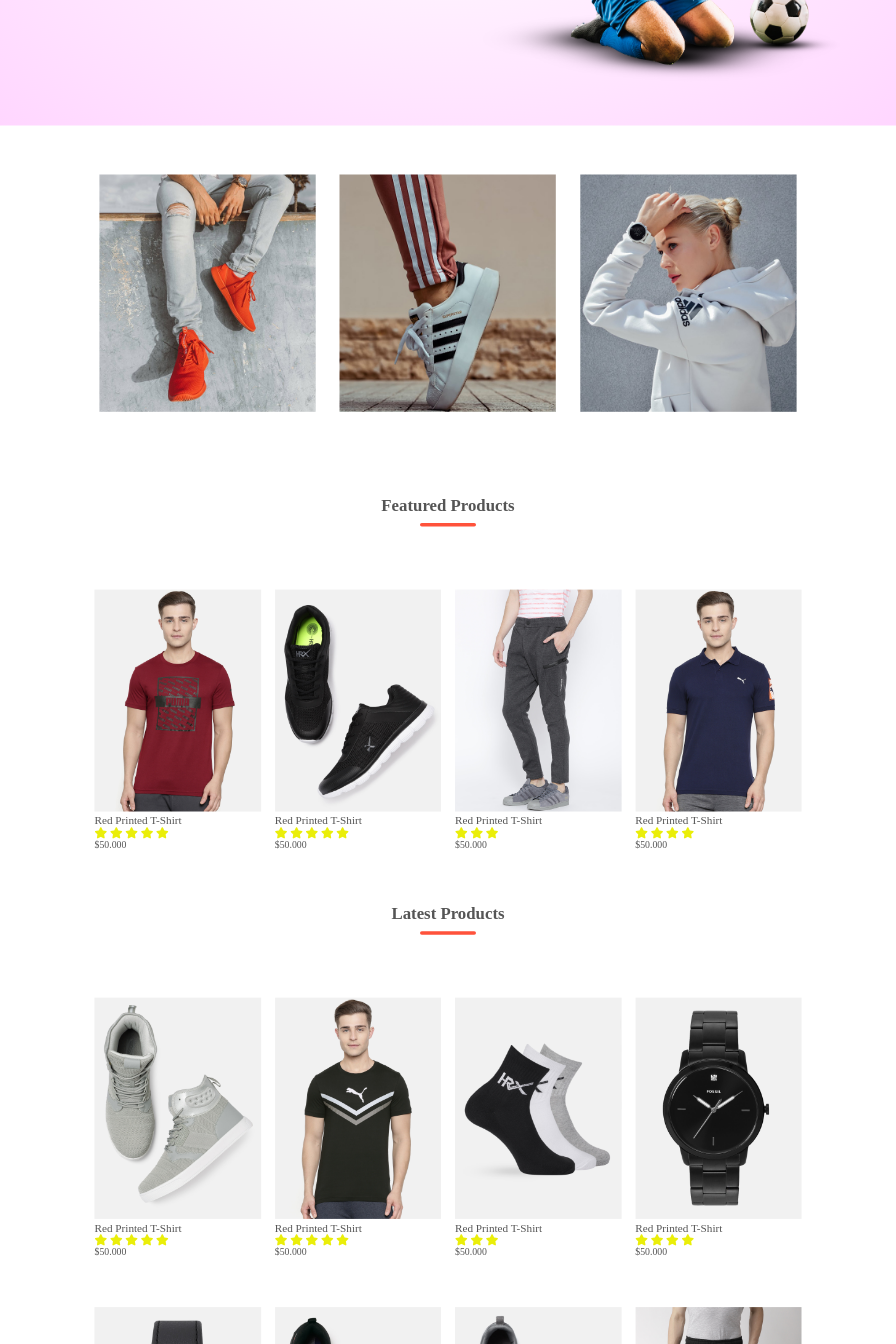
Repository: tuan21052000/Frontend
Page: index.html
The author's editor kept a copy of each file at every save. The page is drawn from the files as they stood at one save, then again after the next save.
The browser window is 1280 px wide. The pictures show the part of the page from y = 605 to 2525 px (the page is 4022 px tall before and 4503 px after), at 70% of full size.

Above is the page before, as saved 2022-05-06 22:46:27.

After the next save:
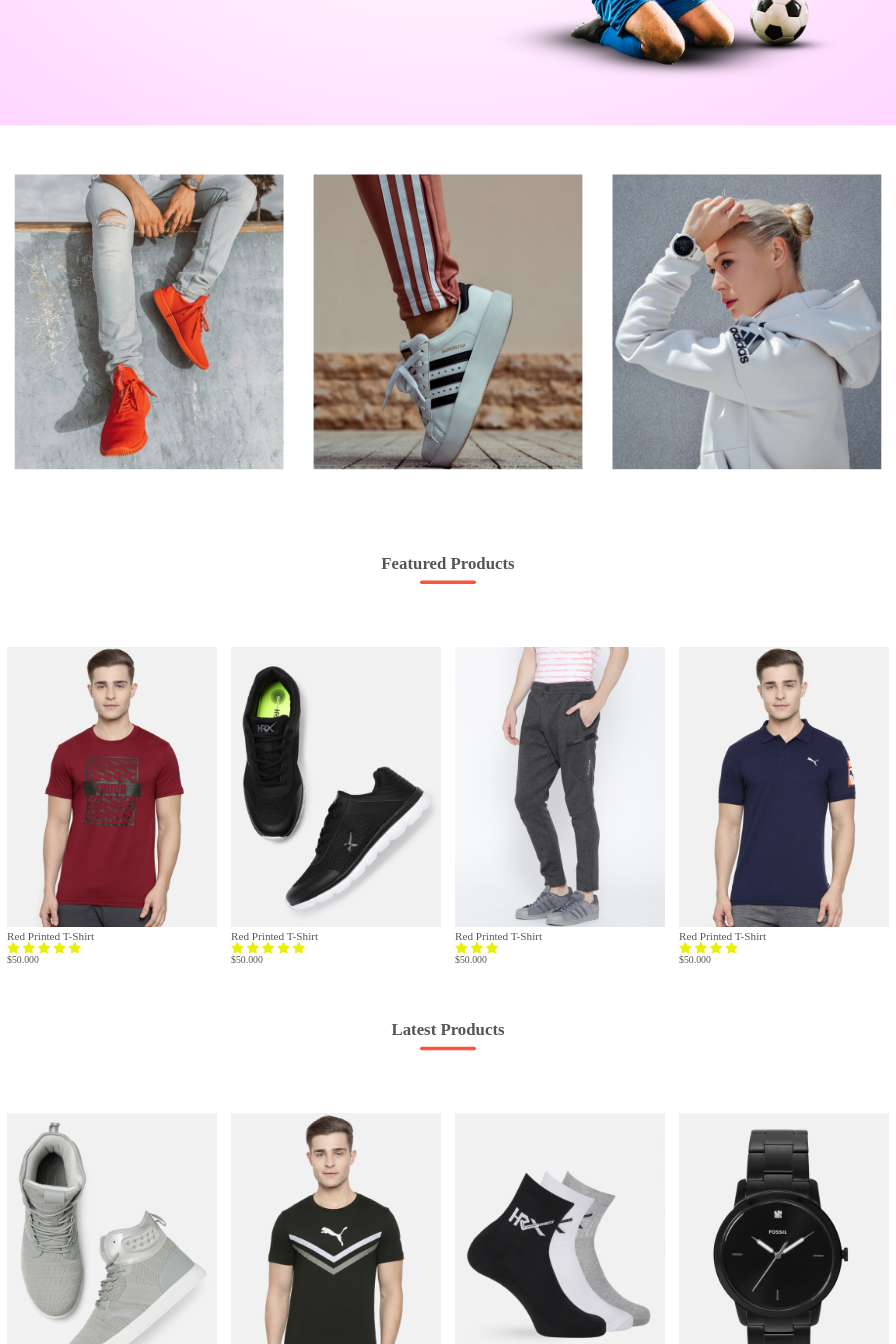
Saved 12 s later.
--- a/style.css
+++ b/style.css
@@ -76,13 +76,13 @@
 .col-3 img{
     width: 100%;
 }
-.small-container{
+/* .small-container{
     max-width: 1080px;
     margin: auto;
     padding-left: 25px;
     padding-right: 25px;
 
-}
+} */
 .col-4{
     flex-basis: 25%;
     padding: 10px;

After the save that followed:
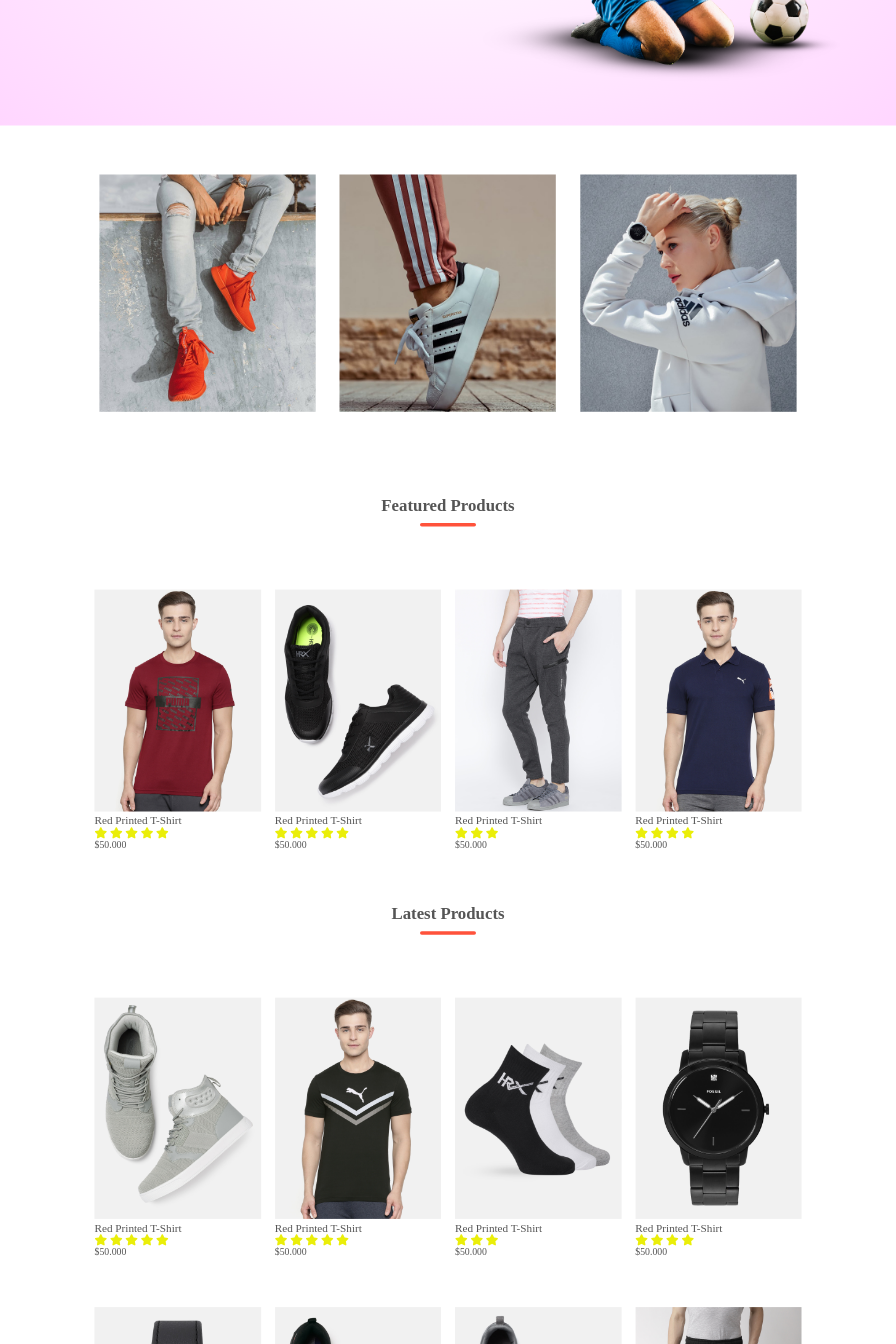
Saved 6 s later.
--- a/style.css
+++ b/style.css
@@ -76,13 +76,13 @@
 .col-3 img{
     width: 100%;
 }
-/* .small-container{
+.small-container{
     max-width: 1080px;
     margin: auto;
     padding-left: 25px;
     padding-right: 25px;
 
-} */
+}
 .col-4{
     flex-basis: 25%;
     padding: 10px;
